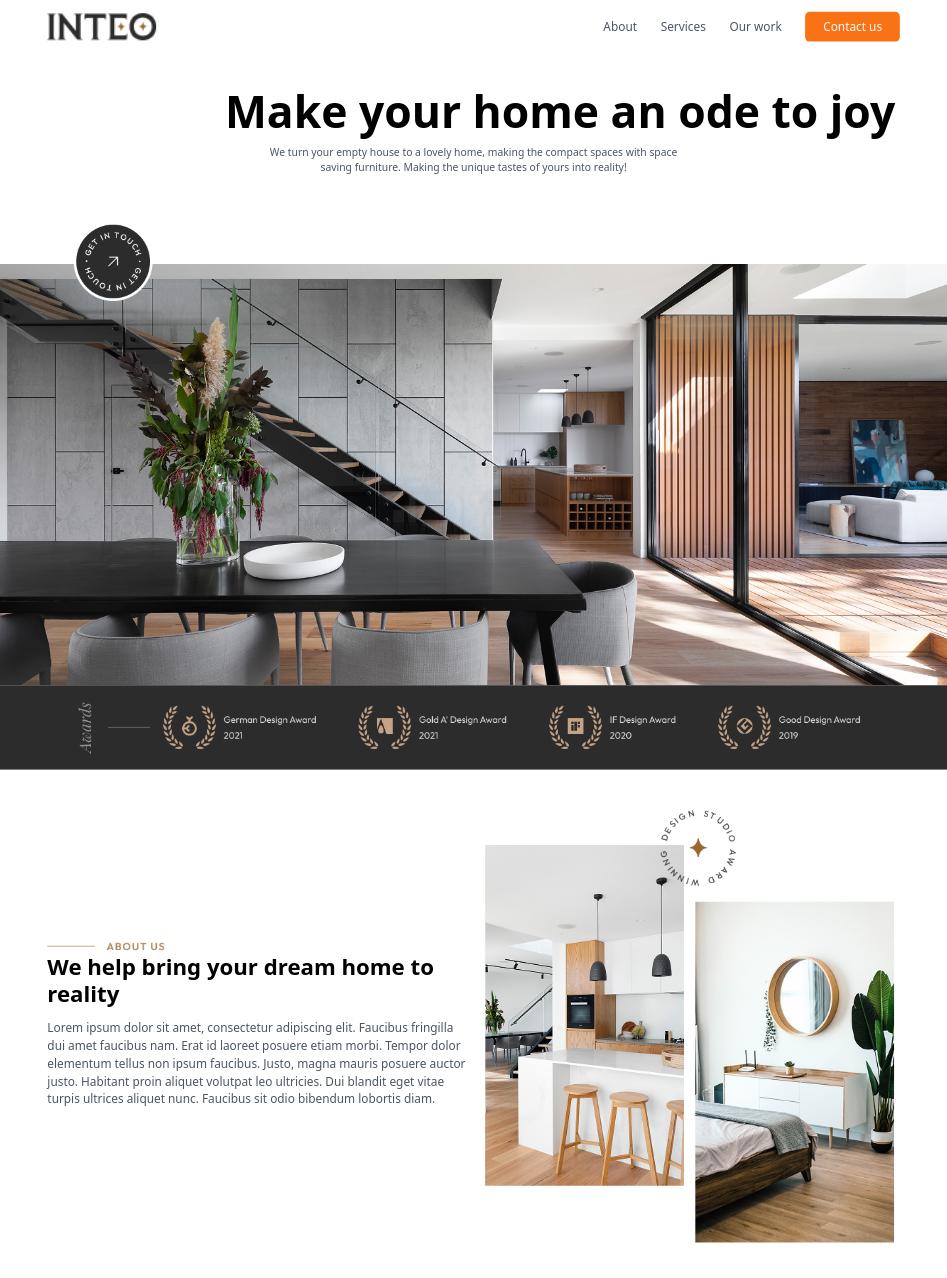
Repository: CatherinneJ/responsive-tailwind-website
Page: tailwind.html
These files come from the project's save history. The page is drawn as it stood at one moment and after the next save; the edit follows.
The browser window is 1280 px wide. The pictures show the whole page, at 74% of full size.
Some web libraries are served in a nearby version.

Above is the page before, as saved 2025-05-20 19:25:59.

### tailwind.html
<!DOCTYPE html>
<html lang="en">
<head>
    <meta charset="UTF-8">
    <meta name="viewport" content="width=device-width, initial-scale=1.0">
    <title>NTEO - Make your home an ode to joy</title>
    <script src="https://cdn.tailwindcss.com"></script>
    <link href="https://fonts.googleapis.com/css2?family=Playfair+Display:wght@400;700&display=swap" rel="stylesheet>
    <style>
        .font-playfair {
            font-family: 'Playfair Display', serif;
        }
    </style>
</head>
<body class="bg-white">
    <header class="py-4 px-8 lg:px-16">
        <nav class="flex justify-between items-center">
            <img src="./Assets/Logo.png" alt="logo" class="h-10">
            <ul class="flex space-x-8 items-center">
                <li class="text-gray-600 hover:text-black">About</li>
                <li class="text-gray-600 hover:text-black">Services</li>
                <li class="text-gray-600 hover:text-black">Our work</li>
                <li class="bg-orange-500 text-white px-6 py-2 rounded-md hover:bg-orange-600">Contact us</li>
            </ul>
        </nav>
    </header>

    <section class="flex flex-col items-center justify-center px-8 lg:px-16 pt-8 pb-4 md:pt-12 md:pb-8 text-center">
        <h1 class="text-4xl font-bold whitespace-nowrap md:text-5xl lg:text-6xl font-playfair mb-4 max-w-2xl">
            Make your home an ode to joy
        </h1>

        <p class="text-lg md:text-sm text-gray-600 mb-8 max-w-xl">
            We turn your empty house to a lovely home, making the compact spaces with space saving furniture. Making the unique tastes of yours into reality!
        </p>
    </section>

    <section class="mt-0">    <!-- No margin -->
        <img src="./Assets/Creative.png" class="w-full" alt="Creative design">
    </section>


    <section id="awards" class="mt-0"> <!-- No margin -->
        <img src="./Assets/Awards.png" class="w-full" alt="Awards">
    </section>

    <section class="flex flex-col md:flex-row items-center gap-4 px-8 lg:px-16 py-8 md:py-12">
        <div class="md:w-1/2">
            <img src="./Assets/Eyebrow.png" class="top-0" alt="Aboutus">
            <h2 class="text-2xl md:text-3xl font-playfair font-bold mb-4">
                We help bring your dream home to reality
            </h2>
            <p class="text-gray-600">
                Lorem ipsum dolor sit amet, consectetur adipiscing elit. Faucibus fringilla dui amet faucibus nam. Erat id laoreet posuere etiam morbi. Tempor dolor elementum tellus non ipsum faucibus. Justo, magna mauris posuere auctor justo. Habitant proin aliquet volutpat leo ultricies. Dui blandit eget vitae turpis ultrices aliquet nunc. Faucibus sit odio bibendum lobortis diam.
            </p>
        </div>
        <div class="md:w-1/2">
            <img src="./Assets/Section.png" alt="Home design" class="w-full">
        </div>
    </section>
</body>
</html>

After the next save:
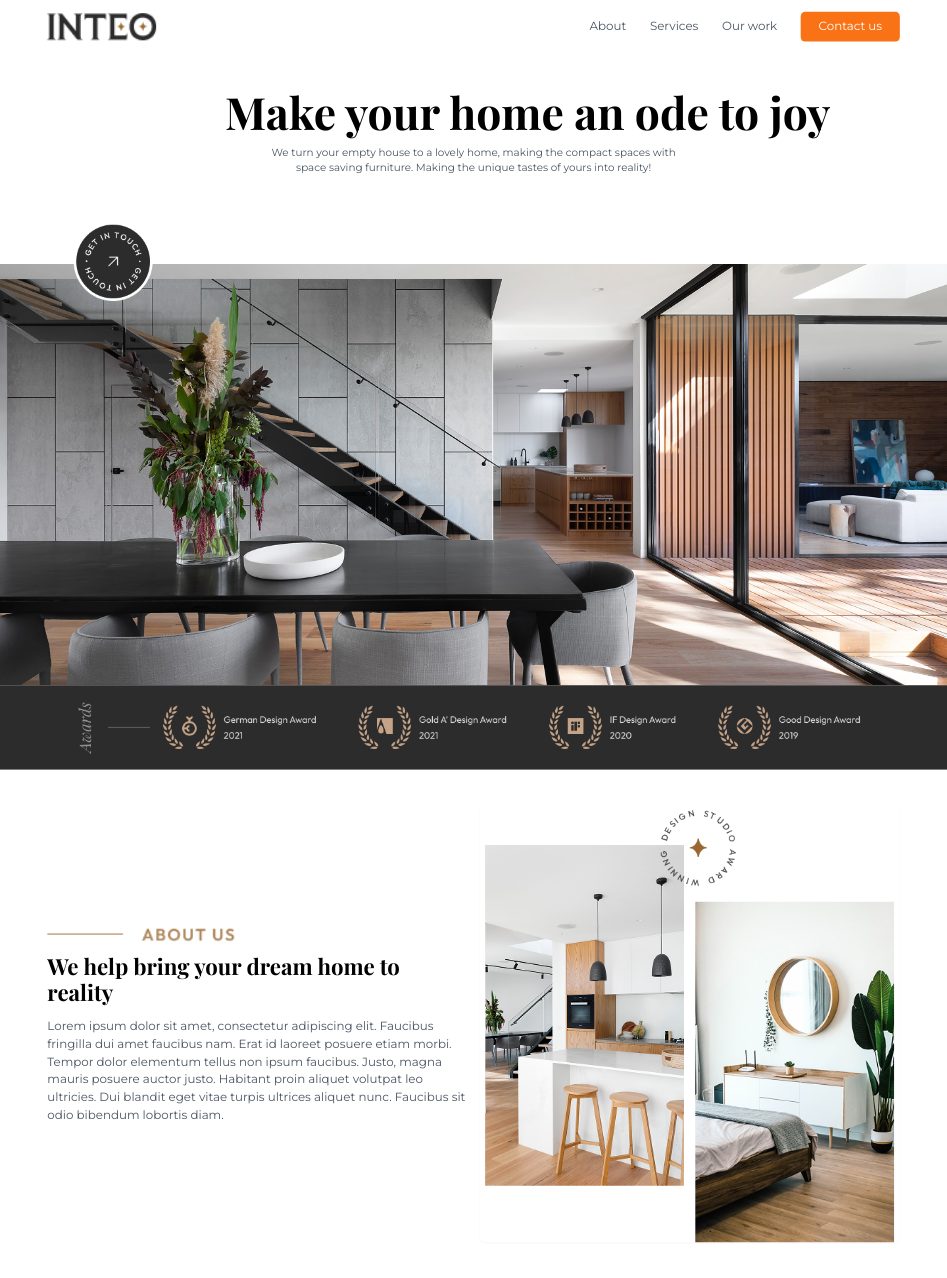
Saved 9 min 29 s later.
--- a/tailwind.html
+++ b/tailwind.html
@@ -5,57 +5,66 @@
     <meta name="viewport" content="width=device-width, initial-scale=1.0">
     <title>NTEO - Make your home an ode to joy</title>
     <script src="https://cdn.tailwindcss.com"></script>
-    <link href="https://fonts.googleapis.com/css2?family=Playfair+Display:wght@400;700&display=swap" rel="stylesheet>
+    <link href="https://fonts.googleapis.com/css2?family=Playfair+Display:wght@400;700&family=Montserrat:wght@300;400;500;600&display=swap" rel="stylesheet">
     <style>
         .font-playfair {
             font-family: 'Playfair Display', serif;
         }
+        body {
+            font-family: 'Montserrat', sans-serif;
+        }
     </style>
 </head>
 <body class="bg-white">
-    <header class="py-4 px-8 lg:px-16">
+    <!-- Header responsive -->
+    <header class="py-3 px-4 sm:py-4 sm:px-6 lg:px-16">
         <nav class="flex justify-between items-center">
-            <img src="./Assets/Logo.png" alt="logo" class="h-10">
-            <ul class="flex space-x-8 items-center">
-                <li class="text-gray-600 hover:text-black">About</li>
-                <li class="text-gray-600 hover:text-black">Services</li>
-                <li class="text-gray-600 hover:text-black">Our work</li>
-                <li class="bg-orange-500 text-white px-6 py-2 rounded-md hover:bg-orange-600">Contact us</li>
+            <img src="./Assets/Logo.png" alt="logo" class="h-8 sm:h-10">
+            <!-- Menú adaptable -->
+            <ul class="flex space-x-4 sm:space-x-6 md:space-x-8 items-center">
+                <li class="hidden sm:inline-block text-gray-600 hover:text-black text-sm sm:text-base">About</li>
+                <li class="hidden sm:inline-block text-gray-600 hover:text-black text-sm sm:text-base">Services</li>
+                <li class="hidden md:inline-block text-gray-600 hover:text-black text-sm sm:text-base">Our work</li>
+                <li class="bg-orange-500 text-white px-4 py-1 sm:px-6 sm:py-2 rounded-md hover:bg-orange-600 text-sm sm:text-base">Contact us</li>
             </ul>
         </nav>
     </header>
 
-    <section class="flex flex-col items-center justify-center px-8 lg:px-16 pt-8 pb-4 md:pt-12 md:pb-8 text-center">
-        <h1 class="text-4xl font-bold whitespace-nowrap md:text-5xl lg:text-6xl font-playfair mb-4 max-w-2xl">
+    <!-- Hero section -->
+    <section class="flex flex-col items-center justify-center px-4 sm:px-6 lg:px-16 pt-6 pb-3 sm:pt-8 sm:pb-4 md:pt-12 md:pb-8 text-center">
+        <h1 class="text-3xl sm:text-4xl md:text-5xl lg:text-6xl font-bold whitespace-normal sm:whitespace-nowrap font-playfair mb-3 sm:mb-4 max-w-2xl">
             Make your home an ode to joy
         </h1>
 
-        <p class="text-lg md:text-sm text-gray-600 mb-8 max-w-xl">
+        <p class="text-base sm:text-lg md:text-sm text-gray-600 mb-6 sm:mb-8 max-w-md sm:max-w-xl">
             We turn your empty house to a lovely home, making the compact spaces with space saving furniture. Making the unique tastes of yours into reality!
         </p>
     </section>
 
-    <section class="mt-0">    <!-- No margin -->
+    <!-- Imágenes full width -->
+    <section class="mt-0">
         <img src="./Assets/Creative.png" class="w-full" alt="Creative design">
     </section>
 
-
-    <section id="awards" class="mt-0"> <!-- No margin -->
+    <section id="awards" class="mt-0">
         <img src="./Assets/Awards.png" class="w-full" alt="Awards">
     </section>
 
-    <section class="flex flex-col md:flex-row items-center gap-4 px-8 lg:px-16 py-8 md:py-12">
-        <div class="md:w-1/2">
-            <img src="./Assets/Eyebrow.png" class="top-0" alt="Aboutus">
-            <h2 class="text-2xl md:text-3xl font-playfair font-bold mb-4">
+    <!-- Sección con eyebrow image -->
+    <section class="flex flex-col md:flex-row items-center gap-3 sm:gap-4 px-4 sm:px-6 lg:px-16 py-6 sm:py-8 md:py-12">
+        <div class="md:w-1/2 order-2 md:order-1 mt-4 md:mt-0">
+            <!-- Imagen eyebrow con estilos responsivos -->
+            <img src="./Assets/Eyebrow.png" class="mb-2 h-6 sm:h-7 md:h-8" alt="About us">
+
+            <h2 class="text-xl sm:text-2xl md:text-3xl font-playfair font-bold mb-3 sm:mb-4">
                 We help bring your dream home to reality
             </h2>
-            <p class="text-gray-600">
+            <p class="text-gray-600 text-sm sm:text-base">
                 Lorem ipsum dolor sit amet, consectetur adipiscing elit. Faucibus fringilla dui amet faucibus nam. Erat id laoreet posuere etiam morbi. Tempor dolor elementum tellus non ipsum faucibus. Justo, magna mauris posuere auctor justo. Habitant proin aliquet volutpat leo ultricies. Dui blandit eget vitae turpis ultrices aliquet nunc. Faucibus sit odio bibendum lobortis diam.
             </p>
         </div>
-        <div class="md:w-1/2">
-            <img src="./Assets/Section.png" alt="Home design" class="w-full">
+        <div class="md:w-1/2 order-1 md:order-2">
+            <img src="./Assets/Section.png" alt="Home design" class="w-full rounded-lg shadow-sm">
         </div>
     </section>
 </body>
